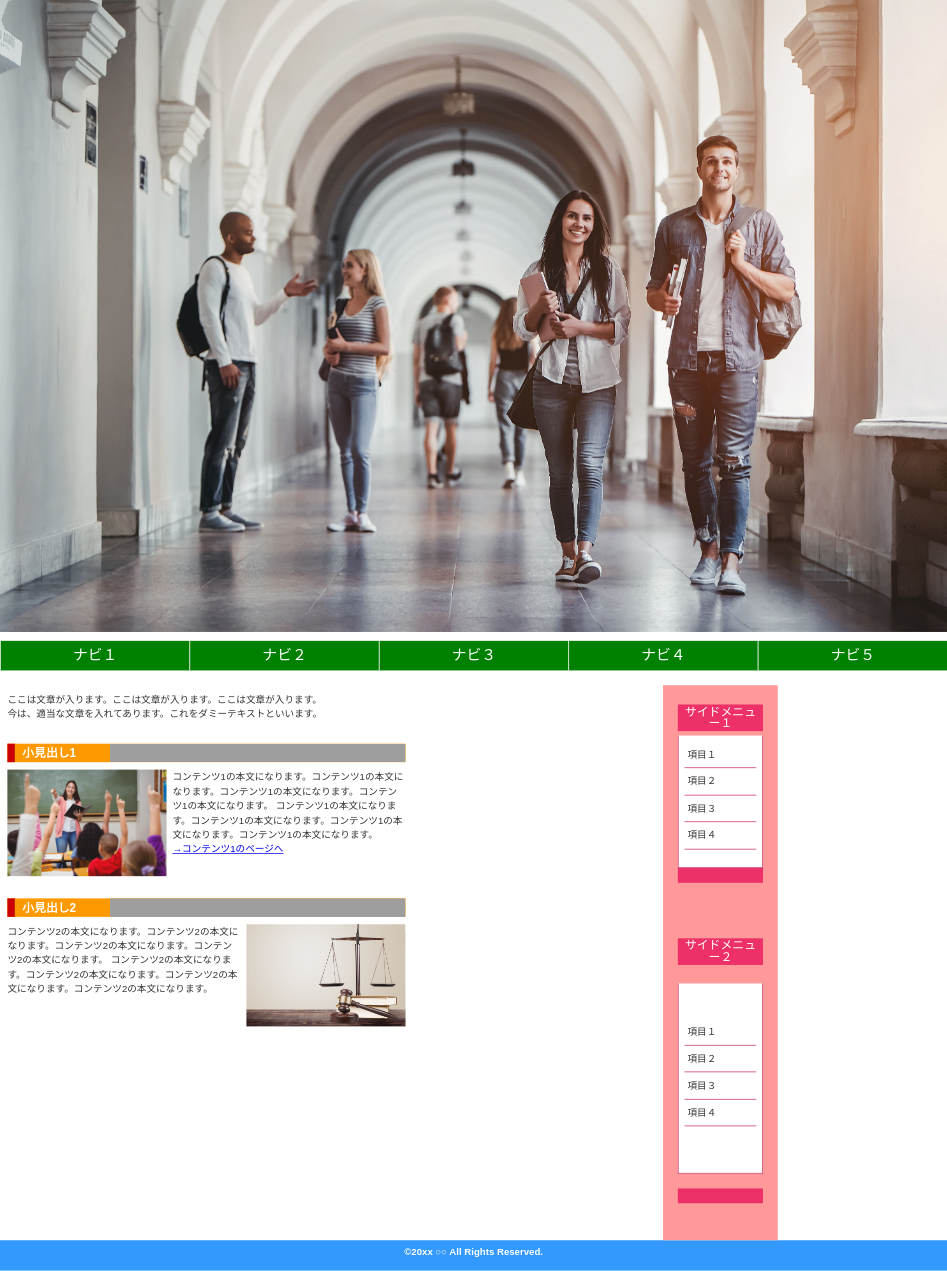
Repository: airtaro/samurai-HTML-CSS
Page: jun-12-/home.html
The author's editor kept a record of every edit. The page is drawn from the files as they stood at one moment, then again after the next edit.
The browser window is 1280 px wide. The pictures show the whole page, at 74% of full size.
Pictures or frames that could not be fetched are drawn as grey boxes.

Above is the page before.

### jun-12-/home.html
<!DOCTYPE html>
<html lang="ja">
<head>
    <meta charset="UTF-8">
    <title>HTML&CSSの学習</title>
    <link rel="stylesheet" href="stylesheet.css">
</head>
<body>
    <div id="header">
        <h1><a href="home.html"><img id="corridor" src="images/corridor.jpg" alt="大学の廊下" /></a></h1>
    </div>
<div id="wrapper">
    <div id="nav">
        <ul>
            <li><a href="home.html">ナビ１</a></li>
            <li><a href="#">ナビ２</a></li>
            <li><a href="#">ナビ３</a></li>
            <li><a href="#">ナビ４</a></li>
            <li><a href="#">ナビ５</a></li>
        </ul>
    </div>
<div id="container">
                <div id="main">
                    <div class="post">
                       <p>ここは文章が入ります。ここは文章が入ります。ここは文章が入ります。<br />今は、適当な文章を入れてあります。これをダミーテキストといいます。</p>
                    </div>
                    <div class="post clearfix">
                        <h2>小見出し1</h2>
                        <img class="left" src="images/classroom.jpg" alt="授業風景" />
                        <p>
                            コンテンツ1の本文になります。コンテンツ1の本文になります。コンテンツ1の本文になります。コンテンツ1の本文になります。
                            コンテンツ1の本文になります。コンテンツ1の本文になります。コンテンツ1の本文になります。コンテンツ1の本文になります。
                      </p>
                        <p><a href="#">→コンテンツ1のページへ</a></p>
                    </div>
                    <div class="post clearfix">
                        <h2>小見出し2</h2>
                        <img class="right" src="images/scale.jpg" alt="天秤" />
                        <p>
                            コンテンツ2の本文になります。コンテンツ2の本文になります。コンテンツ2の本文になります。コンテンツ2の本文になります。
                            コンテンツ2の本文になります。コンテンツ2の本文になります。コンテンツ2の本文になります。コンテンツ2の本文になります。
                        </p>
                    </div>
               </div>
               <div id="side">
                   <div class="box">
                       <h2>サイドメニュー１</h2>
                       <div class="boxBody">
                           <ul>
                               <li>項目１</li>
                               <li>項目２</li>
                               <li>項目３</li>
                               <li>項目４</li>
                           </ul>
                       </div>
                   </div>
        　　　　<div class="box">
        　　　　<h2>サイドメニュー２</h2>
        　　　　<div class="boxBody">
        　　　　<ul>
         　　　　    <li>項目１</li>
                 <li>項目２</li>
                 <li>項目３</li>
                 <li>項目４</li>
        　　　　</ul>
        　　　　</div>
        　　　　</div>
           </div>
            </div>
            </div>
    <div id="footer">
        <p>&copy;20xx ○○ All Rights Reserved.</p>
    </div>
</body>
</html>

### jun-12-/stylesheet.css
@charset "utf-8";

body {
	margin: 0;
	padding: 0;
	font-family: "ヒラギノ角ゴ Pro W3", "Hiragino Kaku Gothic Pro", "メイリオ", Meiryo, Osaka, "ＭＳ Ｐゴシック", "MS PGothic", sans-serif;
	color: #333;
	font-size: 13px;
	line-height: 150%;
}

/* -------------------- wrapper -------------------- */
#wrapper {
	width: 100%;
	margin: auto;
	padding: 0px;
	border: 0px;
	background-color: #FFF;
	top: 10px;
	position: relative;
}

/* -------------------- header -------------------- */
#header {
	width: 100%;
}
#header h1 {
	margin: 0;
	padding: 0;
}

#corridor {
	width: 100%;
	height: auto;
}

/* -------------------- footer -------------------- */
#footer {
	clear: both;
	width: 100%;
	padding: 3px 0 3px 0;
	background: #39F;
	color: #FFF;
	font-weight: bold;
	text-align: center;
}

/* -------------------- nav -------------------- */
#nav {
	width: 100%;
}
#nav ul {
	display: flex;
	margin: 0;
	padding: 0;
	list-style-type: none;
}
#nav ul li {
	width: 20%;
	text-align: center;
}
#nav ul li a {
	display: block;
	height: 20px;
	margin: 0;
	padding: 10px;
	color: #FFF;
	font-size: 20px;
	text-decoration: none;
	background-color: green;
    border-left: 1px solid white;
}

#nav ul li a:hover{
	filter:drop-shadow(10px 10px 10px black);
}

/* -------------------- container -------------------- */
#container {
	width: 100%;
	margin: auto ;
	padding: auto;
	padding-top: 20px;
	clear: both;
	display:grid;
	grid-template-columns: 70vw 30vw;
}
/* -------------------- main -------------------- */
#main {
	float: left;
	width: 60%;
	padding: 10px 30px 10px 10px;
}
#main h2 {
	margin: 0 0 10px 0;
	padding: 3px 10px 3px 10px;
	color: #FFF;
	font-size: 16px;
	border-left: solid 10px #C00;
	background: #F90 url(../images/main_h2.jpg) right top repeat-y;
}
#main p {
	margin: 0;
	padding: 0;
}
#main .post {
	margin: 0 0 30px 0;
}

#main .post img.right {
	margin: 0 0 0 8px;
}
#main .post img.left {
	margin: 0 8px 0 0;
}

.right {
	float: right;
	width: 40%;
	height: auto;
}
.left {
	float: left;
	width: 40%;
	height: auto;
}

/* -------------------- clearfix -------------------- */
.clearfix {
	zoom: 1;
}
.clearfix:after{
	content: "";
	display: block;
	clear: both;
}

/* -------------------- side -------------------- */
#side {
	float: right;
	width: 30%;
	padding: 20px;
	background-color: #F99;
}
#side .box {
	margin: 0 auto 30px auto;
	padding: 0 0 20px 0;
	background: url(images/side_box.jpg) bottom no-repeat;
}
#side .box h2 {
	margin: 0;
	padding: 8px;
	text-align: center;
	color: #fff;
	font-size: 16px;
	line-height: 16px;
	font-weight: normal;
	background: url(images/side_box_h2.jpg) center no-repeat;
}
#side .box .boxBody {
	padding: 8px;
	border-right: solid 1px #C36;
	border-bottom: solid 1px #C36;
	border-left: solid 1px #C36;
	background: #fff;
}
#side .box .boxBody ul {
	margin: 0 0 16px 0;
	padding: 0;
}
#side .box .boxBody ul li {
	padding: 8px 0 8px 4px;
	list-style: none;
	border-bottom: solid 1px #C36;
}

#side .box .boxBody ul li:hover{
	  padding:8px 0 8px 4px;
	  list-style: none;
	  border-bottom:solid 1px #C36;
	  box-shadow:0px 4px 4px rgba(0,0,0,0.3);
}

After the next edit:
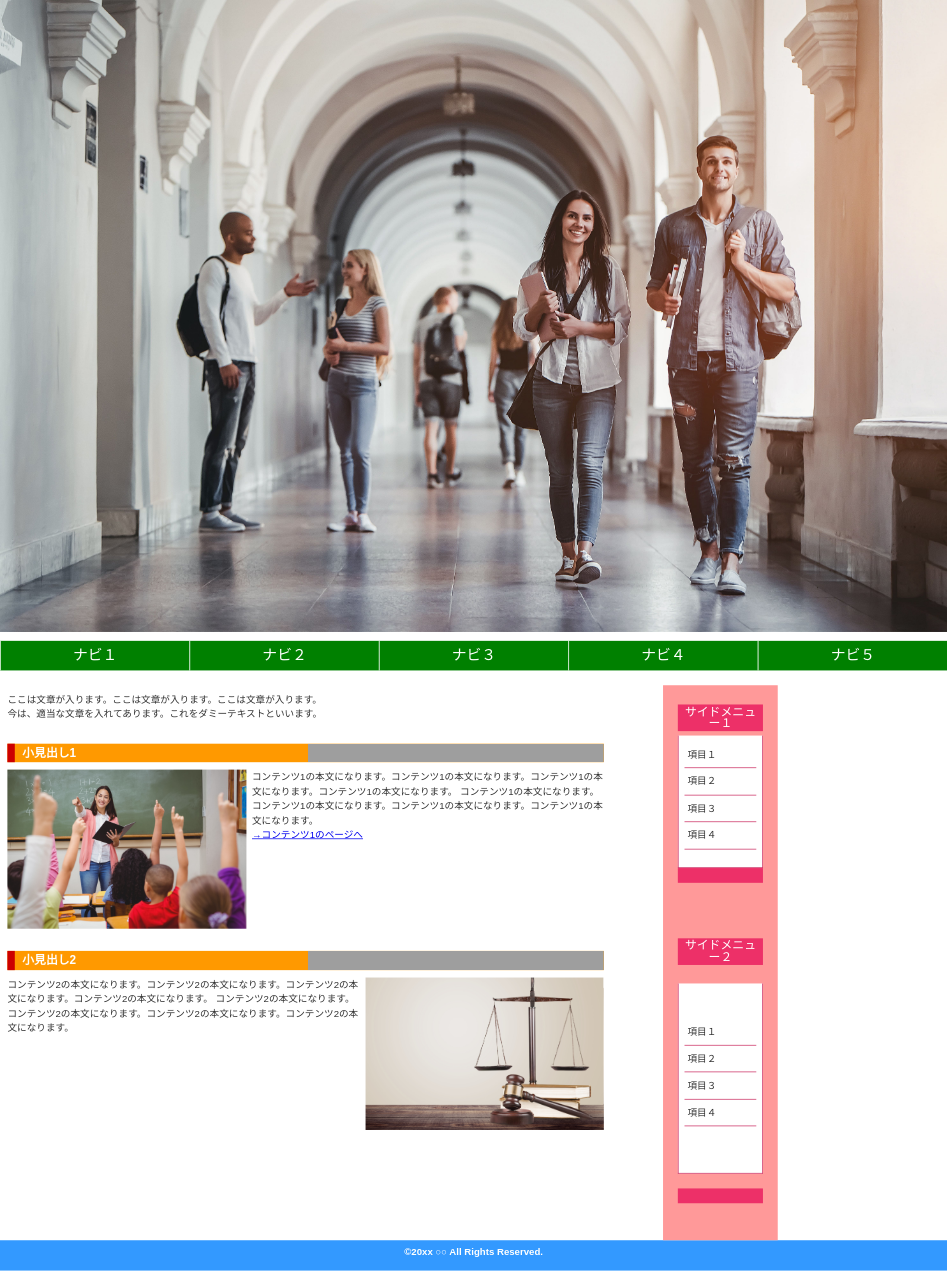
The edit:
--- a/jun-12-/stylesheet.css
+++ b/jun-12-/stylesheet.css
@@ -87,8 +87,7 @@
 }
 /* -------------------- main -------------------- */
 #main {
-	float: left;
-	width: 60%;
+	width: 90%;
 	padding: 10px 30px 10px 10px;
 }
 #main h2 {
